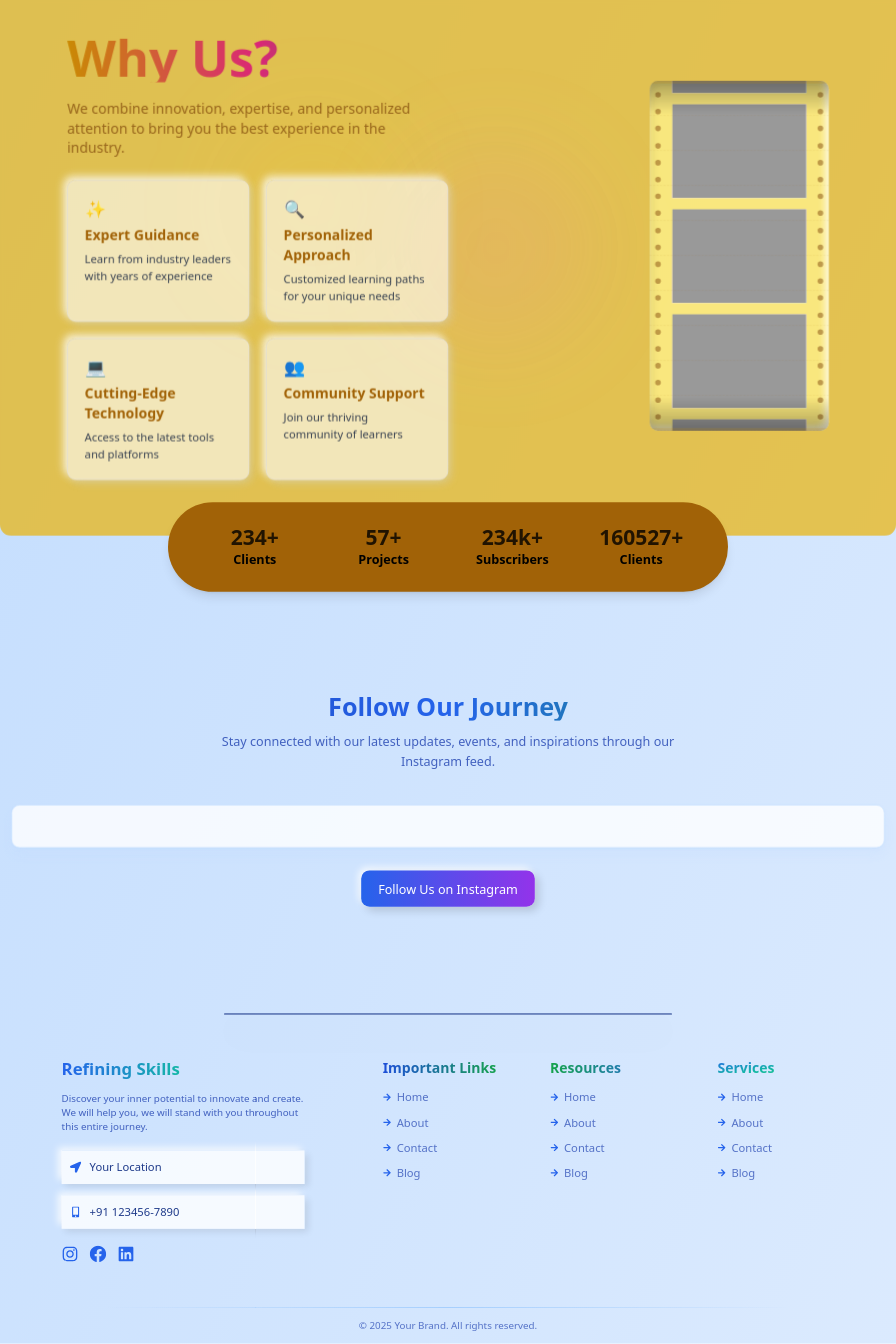
Repository: Kish202/rsacademy
Page: / (app in frontend/)
These files come from the project's save history. The page is drawn as it stood at one moment and after the next save; the edit follows.
The browser window is 1280 px wide. The pictures show the part of the page from y = 818 to 2738 px (the page is 2738 px tall before and 2730 px after), at 70% of full size.
Pictures or frames that could not be fetched are drawn as grey boxes. The project was rebuilt for these pictures with package versions that can differ from the ones it lists, and the page was loaded fresh each time. Also part of the build but not shown: frontend/vite.config.js, frontend/src/components/ReviewsFeed.jsx.

Above is the page before, as saved 2025-04-27 23:19:26.

### frontend/src/App.jsx
// App.jsx
import React from 'react';
import { ThemeProvider } from './context/ThemeContext';
import Home from './pages/Home';
import { BrowserRouter, Routes, Route } from 'react-router-dom';
import './App.css'
import {useEffect} from 'react';
// Import your page components

import AOS from "aos";
import "aos/dist/aos.css";


function App() {
  useEffect(() => {
    AOS.init({
      offset: 100,
      duration: 800,
      easing: "ease-in-sine",
     once:false,
     mirror:true,
      delay: 100,
    });
    AOS.refresh();
  }, []);
  return (
    <BrowserRouter>
    <ThemeProvider>
      <div className="min-h-screen transition-colors duration-300 bg-gradient-to-br from-blue-200 to-blue-100 dark:from-blue-950 dark:to-blue-900 ">

        <div className="pt-16"> {/* Add padding top to account for fixed navbar */}
          <Routes>
            <Route path="/" element={<Home />} />

          </Routes>
        </div>
      </div>
    </ThemeProvider>
    </BrowserRouter>
  );
}

export default App;

### frontend/src/context/ThemeContext.jsx
// ThemeContext.jsx
import React, { createContext, useContext, useState, useEffect } from 'react';

// Create theme context
const ThemeContext = createContext();

// Theme provider component
export function ThemeProvider({ children }) {
  // Initialize theme state from localStorage or system preference
  const [theme, setTheme] = useState(() => {
    // Check for saved theme in localStorage
    if (typeof window !== 'undefined') {
      const savedTheme = localStorage.getItem('theme');

      // If there's a saved theme, use it
      if (savedTheme) {
        return savedTheme;
      }

      // Otherwise, check system preference
      if (window.matchMedia && window.matchMedia('(prefers-color-scheme: dark)').matches) {
        return 'dark';
      }
    }

    // Default to light if no preference found
    return 'light';
  });

  // Update document class and localStorage when theme changes
  useEffect(() => {
    const root = window.document.documentElement;

    // Remove previous theme class
    root.classList.remove('light', 'dark');

    // Add current theme class
    root.classList.add(theme);

    // Save to localStorage
    localStorage.setItem('theme', theme);
  }, [theme]);

  // Listen for system theme changes
  useEffect(() => {
    if (typeof window !== 'undefined') {
      const mediaQuery = window.matchMedia('(prefers-color-scheme: dark)');

      const handleChange = () => {
        // Only update if theme is based on system preference
        if (!localStorage.getItem('theme')) {
          setTheme(mediaQuery.matches ? 'dark' : 'light');
        }
      };

      // Add event listener
      mediaQuery.addEventListener('change', handleChange);

      // Cleanup
      return () => mediaQuery.removeEventListener('change', handleChange);
    }
  }, []);

  // Theme toggle function
  const toggleTheme = () => {
    setTheme(prevTheme => (prevTheme === 'light' ? 'dark' : 'light'));
  };

  // Provide theme context to children
  return (
    <ThemeContext.Provider value={{ theme, setTheme, toggleTheme }}>
      {children}
    </ThemeContext.Provider>
  );
}

// Custom hook for using theme context
export const useTheme = () => {
  const context = useContext(ThemeContext);
  if (context === undefined) {
    throw new Error('useTheme must be used within a ThemeProvider');
  }
  return context;
};

### frontend/src/pages/Home.jsx
import React from 'react'
import Header from '../components/Header'
import HeroSection from '@/components/Hero'
import TestimonialSection from '@/components/ReviewsFeed'
import WhyUsSection from '@/components/WhyUs'
import Service from '@/components/Service'
import Footer from '@/components/Footer'
import InstagramFeed from '@/components/InstagramFeed'
function Home() {
  return (
    <div className="min-h-screen">

      <Header/>
    <HeroSection/>

    <WhyUsSection/>
    <Service/>
    <InstagramFeed/>


    <Footer/>
    </div>
  )
}

export default Home

### frontend/src/components/Service.jsx
import React, { useState, useEffect, useRef } from 'react';
import CountUp from "react-countup";
import { useTheme } from "@/context/ThemeContext";

const Service = () => {
  const { theme } = useTheme();
  const isDarkMode = theme === 'dark';
  const [isVisible, setIsVisible] = useState(false);
  const sectionRef = useRef(null);

  useEffect(() => {
    const observer = new IntersectionObserver(
      ([entry]) => {
        if (entry.isIntersecting) {
          setIsVisible(true);
          // Once visible, disconnect the observer to prevent re-triggering
          observer.disconnect();
        }
      },
      {
        threshold: 0.2, // Trigger when at least 20% of the element is visible
      }
    );

    if (sectionRef.current) {
      observer.observe(sectionRef.current);
    }

    return () => {
      if (sectionRef.current) {
        observer.disconnect();
      }
    };
  }, []);

  return (
    <section ref={sectionRef} className="container h-12 md:h-32">
      <div className={`grid grid-cols-4 w-full mx-auto -translate-y-12 divde-x divide-blue-700  bg-yellow-600 place-self-center ${isDarkMode ? "bg-blue-950 dark:text-white/70" : "bg-yellow-700"} p-4 shadow-lg md:max-w-[800px] md:p-8 rounded-full`}>
        <div className="flex flex-col items-center justify-center">
          <h1 className={`text-sm font-bold text-black/80 ${isDarkMode ? "text-white" : ""} sm:text-lg md:text-3xl`}>
            {isVisible ? <CountUp end={234} suffix="+" duration={2.75} /> : "0+"}
          </h1>
          <h1 className="sm:text-md font-bold md:text-lg">Clients</h1>
        </div>

        <div className="flex flex-col items-center justify-center">
          <h1 className={`text-sm text-black/80 sm:text-lg md:text-3xl ${isDarkMode ? "text-white" : ""} font-bold`}>
            {isVisible ? <CountUp end={57} suffix="+" duration={2.75} /> : "0+"}
          </h1>
          <h1 className="sm:text-md font-bold md:text-lg">Projects</h1>
        </div>

        <div className="flex flex-col items-center justify-center">
          <h1 className={`text-sm text-black/80 ${isDarkMode ? "text-white" : ""} sm:text-lg md:text-3xl font-bold`}>
            {isVisible ? <CountUp end={234} suffix="k+" duration={2.75} /> : "0k+"}
          </h1>
          <h1 className="font-bold sm:text-md text-xs md:text-lg">Subscribers</h1>
        </div>

        <div className="flex flex-col items-center justify-center">
          <h1 className={`text-sm font-bold text-black/80 ${isDarkMode ? "text-white" : ""} sm:text-lg md:text-3xl`}>
            {isVisible ? <CountUp start={-875.020} end={160527.012} duration={2.75} separator="" suffix="+" /> : "0+"}
          </h1>
          <h1 className="sm:text-md font-bold md:text-lg">Clients</h1>
        </div>
      </div>
    </section>
  );
};

export default Service;

### frontend/src/components/Footer.jsx
import React from "react";
import {
  FaFacebook,
  FaInstagram,
  FaLinkedin,
  FaLocationArrow,
  FaMobileAlt,
  FaArrowRight
} from "react-icons/fa";
import { useTheme } from "../context/ThemeContext";

const FooterLinks = [
  {
    title: "Home",
    link: "/#",
  },
  {
    title: "About",
    link: "/#about",
  },
  {
    title: "Contact",
    link: "/#contact",
  },
  {
    title: "Blog",
    link: "/#blog",
  },
];

function Footer() {
  const { theme } = useTheme();
  const isDarkMode = theme === 'dark';

  return (
    <div className={`mt-14 rounded-t-3xl flex justify-center relative overflow-hidden
      ${isDarkMode
        ? ' text-blue-100'
        : ' text-blue-900'}`}>
      <div className="w-3/6 h-0.5 bg-blue-900 rounded-full absolute drop-shadow-2xl"></div>

      {/* Background Elements */}
      <div className={`absolute top-1/4 left-1/4 w-72 h-72 rounded-full blur-3xl -z-10
        ${isDarkMode ? 'bg-blue-700/5' : 'bg-blue-300/30'}`}></div>
      <div className={`absolute bottom-1/3 right-1/3 w-64 h-64 rounded-full blur-3xl -z-10
        ${isDarkMode ? 'bg-pink-500/5' : 'bg-green-300/20'}`}></div>

      <section className="container" data-aos="fade-up" data-aos-duration="1000">
        <div className="grid md:grid-cols-3 py-8 md:px-10">
          {/* Company Info */}
          <div className="py-8 px-4">
            <h1 className={`text-2xl font-bold sm:text-left text-justify mb-4 flex items-center gap-3 font-satoshi
              ${isDarkMode
                ? 'bg-gradient-to-r from-pink-400 via-yellow-300 to-pink-300 bg-clip-text text-transparent'
                : 'bg-gradient-to-r from-blue-600 via-teal-500 to-green-500 bg-clip-text text-transparent'}`}>
             Refining Skills
            </h1>
            <p className={`text-sm ${isDarkMode ? 'text-blue-100/80' : 'text-blue-800/80'}`}>
              Discover your inner potential to innovate and create.
              We will help you, we will stand with you throughout this entire journey.
            </p>
            <br />

            {/* Contact Info with Neuomorphic Cards */}
            <div className={`flex items-center gap-3 p-3 rounded-lg transition-all duration-300
              ${isDarkMode
                ? 'bg-blue-800/50 shadow-[3px_3px_5px_rgba(0,0,0,0.4),-2px_-2px_5px_rgba(70,100,150,0.1)]'
                : 'bg-white/80 shadow-[5px_5px_10px_rgba(0,0,0,0.1),-5px_-5px_10px_rgba(255,255,255,0.8)]'}`}>
              <FaLocationArrow className={isDarkMode ? 'text-blue-400' : 'text-blue-600'} />
              <p>Your Location</p>
            </div>

            <div className={`flex items-center gap-3 mt-4 p-3 rounded-lg transition-all duration-300
              ${isDarkMode
                ? 'bg-blue-800/50 shadow-[3px_3px_5px_rgba(0,0,0,0.4),-2px_-2px_5px_rgba(70,100,150,0.1)]'
                : 'bg-white/80 shadow-[5px_5px_10px_rgba(0,0,0,0.1),-5px_-5px_10px_rgba(255,255,255,0.8)]'}`}>
              <FaMobileAlt className={isDarkMode ? 'text-blue-400' : 'text-blue-600'} />
              <p>+91 123456-7890</p>
            </div>

            {/* Social Media Icons */}
            <div className="flex items-center gap-4 mt-6">
              <a
                href="#"
                className={`text-2xl transition-all duration-300 transform hover:scale-110
                  ${isDarkMode
                    ? 'text-pink-400 hover:text-pink-300'
                    : 'text-blue-600 hover:text-blue-500'}`}>
                <FaInstagram />
              </a>

              <a
                href="#"
                className={`text-2xl transition-all duration-300 transform hover:scale-110
                  ${isDarkMode
                    ? 'text-blue-400 hover:text-blue-300'
                    : 'text-blue-600 hover:text-blue-500'}`}>
                <FaFacebook />
              </a>

              <a
                href="#"
                className={`text-2xl transition-all duration-300 transform hover:scale-110
                  ${isDarkMode
                    ? 'text-blue-400 hover:text-blue-300'
                    : 'text-blue-600 hover:text-blue-500'}`}>
                <FaLinkedin />
              </a>
            </div>
          </div>

          {/* Links Sections */}
          <div className="grid grid-cols-3 sm:grid-cols-3 col-span-2 sm:pl-10">
            {/* Important Links Column */}
            <div className="md:pl-10">
              <div className="py-8 px-4">
                <h1 className={`text-xl font-bold sm:text-left text-justify mb-4 font-satoshi
                  ${isDarkMode
                    ? 'bg-gradient-to-r from-pink-400 to-yellow-300 bg-clip-text text-transparent'
                    : 'bg-gradient-to-r from-blue-700 to-green-600 bg-clip-text text-transparent'}`}>
                  Important Links
                </h1>
                <ul className="flex flex-col gap-3">
                  {FooterLinks.map((link, index) => (
                    <li key={index} className="transition-all duration-300 group">
                      <a
                        href={link.link}
                        className="flex items-center gap-2">
                        <FaArrowRight
                          className={`text-xs transition-all duration-300
                          ${isDarkMode ? 'text-blue-400 hover:text-yellow-300 group-hover:translate-x-1' : 'text-blue-600 hover:text-green-600 hover:translate-x-1 hover:rotate-90'}`}
                        />
                        <span
                          className={`transition-all duration-300
                          ${isDarkMode ? 'text-blue-100/70 hover:text-yellow-300 group-hover:translate-x-1' : 'text-blue-800/70 hover:text-green-600 hover:translate-x-1'}`}>
                          {link.title}
                        </span>
                      </a>
                    </li>
                  ))}
                </ul>
              </div>
            </div>

            {/* Links Column */}
            <div className="md:pl-10">
              <div className="py-8 px-4">
                <h1 className={`text-xl font-bold sm:text-left text-justify mb-4 font-satoshi
                  ${isDarkMode
                    ? 'bg-gradient-to-r from-yellow-300 to-pink-400 bg-clip-text text-transparent'
                    : 'bg-gradient-to-r from-green-600 to-blue-600 bg-clip-text text-transparent'}`}>
                  Resources
                </h1>
                <ul className="flex flex-col gap-3">
                  {FooterLinks.map((link, index) => (
                    <li key={index} className="transition-all duration-300 group">
                      <a
                        href={link.link}
                        className="flex items-center gap-2">
                        <FaArrowRight
                          className={`text-xs transition-all duration-300
                          ${isDarkMode ? 'text-blue-400 hover:text-yellow-300 group-hover:translate-x-1 ' : 'text-blue-600 hover:text-green-600 hover:translate-x-1 hover:rotate-90'}`}
                        />
                        <span
                          className={`transition-all duration-300
                          ${isDarkMode ? 'text-blue-100/70 hover:text-yellow-300 group-hover:translate-x-1' : 'text-blue-800/70 hover:text-green-600 hover:translate-x-1'}`}>
                          {link.title}
                        </span>
                      </a>
                    </li>
                  ))}
                </ul>
              </div>
            </div>

            {/* Location Column */}
            <div className="md:pl-10">
              <div className="py-8 px-4">
                <h1 className={`text-xl font-bold sm:text-left text-justify mb-4 font-satoshi
                  ${isDarkMode
                    ? 'bg-gradient-to-br from-yellow-300 via-pink-400 to-yellow-200 bg-clip-text text-transparent'
                    : 'bg-gradient-to-br from-blue-600 via-teal-500 to-green-500 bg-clip-text text-transparent'}`}>
                  Services
                </h1>
                <ul className="flex flex-col gap-3">
                  {FooterLinks.map((link, index) => (
                    <li key={index} className="transition-all duration-300 group">
                      <a
                        href={link.link}
                        className="flex items-center gap-2">
                        <FaArrowRight
                          className={`text-xs transition-all duration-300
                          ${isDarkMode ? 'text-blue-400 hover:text-yellow-300 group-hover:translate-x-1 ' : 'text-blue-600 hover:text-green-600 hover:translate-x-1 hover:rotate-90'}`}
                        />
                        <span
                          className={`transition-all duration-300
                          ${isDarkMode ? 'text-blue-100/70 hover:text-yellow-300 group-hover:translate-x-1' : 'text-blue-800/70 hover:text-green-600 hover:translate-x-1'}`}>
                          {link.title}
                        </span>
                      </a>
                    </li>
                  ))}
                </ul>
              </div>
            </div>
          </div>
        </div>

        {/* Copyright Section with Neuomorphic Divider */}
        <div className={`text-center py-4 relative
          ${isDarkMode ? 'text-blue-100/70' : 'text-blue-800/70'}`}>
          <div className={`absolute left-1/2 transform -translate-x-1/2 top-0 h-px w-4/5
            ${isDarkMode
              ? 'bg-gradient-to-r from-transparent via-blue-500/20 to-transparent'
              : 'bg-gradient-to-r from-transparent via-blue-300 to-transparent'}`}>
          </div>
          <p className="text-sm font-satoshi">
            © {new Date().getFullYear()} Your Brand. All rights reserved.
          </p>
        </div>
      </section>
    </div>
  );
}

export default Footer;

### frontend/src/components/InstagramFeed.jsx
import { useEffect } from 'react';
import { Card, CardContent } from '@/components/ui/card';
import { useTheme } from "../context/ThemeContext";

const InstagramFeed = () => {
  const { theme } = useTheme();
  const isDarkMode = theme === 'dark';

  useEffect(() => {
    // Load Elfsight script
    const script = document.createElement('script');
    script.src = "https://static.elfsight.com/platform/platform.js";
    script.async = true;
    document.body.appendChild(script);

    // Clean up function
    return () => {
      document.body.removeChild(script);
    };
  }, []);

  return (
    <div className="w-full py-16 md:py-24 relative overflow-hidden">
      {/* Background Elements - similar to your HeroSection for consistent styling */}
      <div className={`absolute top-1/3 left-1/4 w-64 h-64 rounded-full blur-3xl -z-10
        ${isDarkMode ? 'bg-pink-400/10' : 'bg-blue-300/20'}`}></div>
      <div className={`absolute bottom-1/3 right-1/4 w-72 h-72 rounded-full blur-3xl -z-10
        ${isDarkMode ? 'bg-blue-500/10' : 'bg-green-300/20'}`}></div>

      <div className="container mx-auto px-4">
        {/* Section Title */}
        <div className="text-center mb-12" data-aos="fade-up" data-aos-duration="1000">
          <h2 className={`text-3xl md:text-4xl font-bold font-satoshi mb-4
            ${isDarkMode
              ? 'bg-gradient-to-r from-yellow-300 via-pink-400 to-green-400 bg-clip-text text-transparent'
              : 'bg-gradient-to-r from-blue-800 via-blue-600 to-green-600 bg-clip-text text-transparent'}`}>
            Follow Our Journey
          </h2>
          <p className={`text-lg max-w-2xl mx-auto font-satoshi
            ${isDarkMode ? 'text-blue-100/80' : 'text-blue-800/80'}`}>
            Stay connected with our latest updates, events, and inspirations through our Instagram feed.
          </p>
        </div>

        {/* Instagram Feed Container */}
        <Card className={`w-full overflow-hidden border pt-3 ${
          isDarkMode
            ? 'border-blue-700/20 bg-blue-900/50 shadow-lg shadow-blue-900/20'
            : 'border-blue-200 bg-white/80 shadow-lg shadow-blue-200/30'
        }`} data-aos="zoom-in" data-aos-duration="1200">
          <CardContent className="p-6">
            {/* Elfsight Instagram Feed Widget */}
            <div
              className="elfsight-app-349036a5-61e9-4fe7-93b6-4f6efe5cc23d"
              data-elfsight-app-lazy>
            </div>
          </CardContent>
        </Card>

        {/* Follow Us Button */}
        <div className="mt-8 text-center" data-aos="fade-up" data-aos-delay="300">
          <a
            href="https://instagram.com/yourprofile"
            target="_blank"
            rel="noopener noreferrer"
            className={`
              inline-block px-6 py-3 rounded-xl text-lg font-satoshi transition-all duration-300
              hover:translate-y-0.5
              ${isDarkMode
                ? 'bg-gradient-to-r from-purple-600 to-pink-600 text-yellow-100 hover:shadow-[inset_3px_3px_6px_rgba(0,0,0,0.5),inset_-2px_-2px_5px_rgba(80,120,200,0.1)] shadow-[6px_6px_12px_rgba(0,0,0,0.4),-3px_-3px_8px_rgba(70,100,150,0.2)]'
                : 'bg-gradient-to-r from-blue-600 to-purple-600 text-white hover:shadow-[inset_3px_3px_7px_rgba(0,0,100,0.2),inset_-2px_-2px_5px_rgba(255,255,255,0.6)] shadow-[6px_6px_12px_rgba(0,0,0,0.15),-4px_-4px_10px_rgba(255,255,255,0.8)]'}
            `}>
            Follow Us on Instagram
          </a>
        </div>
      </div>
    </div>
  );
};

export default InstagramFeed;

### frontend/src/components/ui/card.jsx
import * as React from "react"

import { cn } from "@/lib/utils"

const Card = React.forwardRef(({ className, ...props }, ref) => (
  <div
    ref={ref}
    className={cn("rounded-xl border bg-card text-card-foreground shadow", className)}
    {...props} />
))
Card.displayName = "Card"

const CardHeader = React.forwardRef(({ className, ...props }, ref) => (
  <div
    ref={ref}
    className={cn("flex flex-col space-y-1.5 p-6", className)}
    {...props} />
))
CardHeader.displayName = "CardHeader"

const CardTitle = React.forwardRef(({ className, ...props }, ref) => (
  <div
    ref={ref}
    className={cn("font-semibold leading-none tracking-tight", className)}
    {...props} />
))
CardTitle.displayName = "CardTitle"

const CardDescription = React.forwardRef(({ className, ...props }, ref) => (
  <div
    ref={ref}
    className={cn("text-sm text-muted-foreground", className)}
    {...props} />
))
CardDescription.displayName = "CardDescription"

const CardContent = React.forwardRef(({ className, ...props }, ref) => (
  <div ref={ref} className={cn("p-6 pt-0", className)} {...props} />
))
CardContent.displayName = "CardContent"

const CardFooter = React.forwardRef(({ className, ...props }, ref) => (
  <div
    ref={ref}
    className={cn("flex items-center p-6 pt-0", className)}
    {...props} />
))
CardFooter.displayName = "CardFooter"

export { Card, CardHeader, CardFooter, CardTitle, CardDescription, CardContent }

Loaded but not shown: frontend/index.html (common file); frontend/src/main.jsx (common file); frontend/src/index.css (common file); frontend/src/App.css (common file); frontend/src/lib/utils.js (common file); frontend/tailwind.config.js (114 lines, source omitted); frontend/src/components/WhyUs.jsx (250 lines, source omitted); frontend/src/components/Header.jsx (157 lines, source omitted); frontend/src/components/Hero.jsx (127 lines, source omitted)

After the next save:
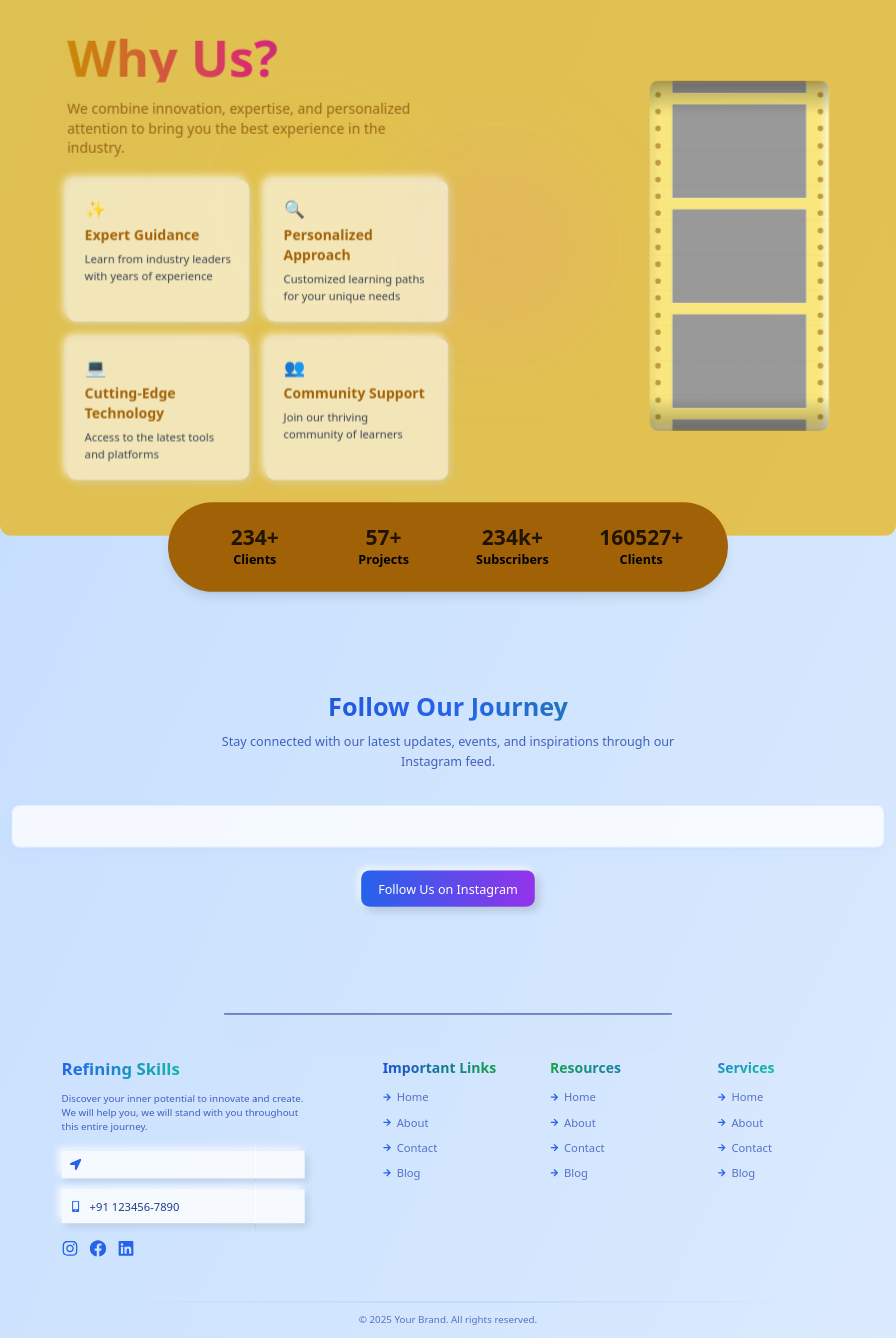
Saved 10 s later.
--- a/frontend/src/components/Footer.jsx
+++ b/frontend/src/components/Footer.jsx
@@ -67,7 +67,7 @@ function Footer() {
                 ? 'bg-blue-800/50 shadow-[3px_3px_5px_rgba(0,0,0,0.4),-2px_-2px_5px_rgba(70,100,150,0.1)]'
                 : 'bg-white/80 shadow-[5px_5px_10px_rgba(0,0,0,0.1),-5px_-5px_10px_rgba(255,255,255,0.8)]'}`}>
               <FaLocationArrow className={isDarkMode ? 'text-blue-400' : 'text-blue-600'} />
-              <p>Your Location</p>
+              <p></p>
             </div>
 
             <div className={`flex items-center gap-3 mt-4 p-3 rounded-lg transition-all duration-300
